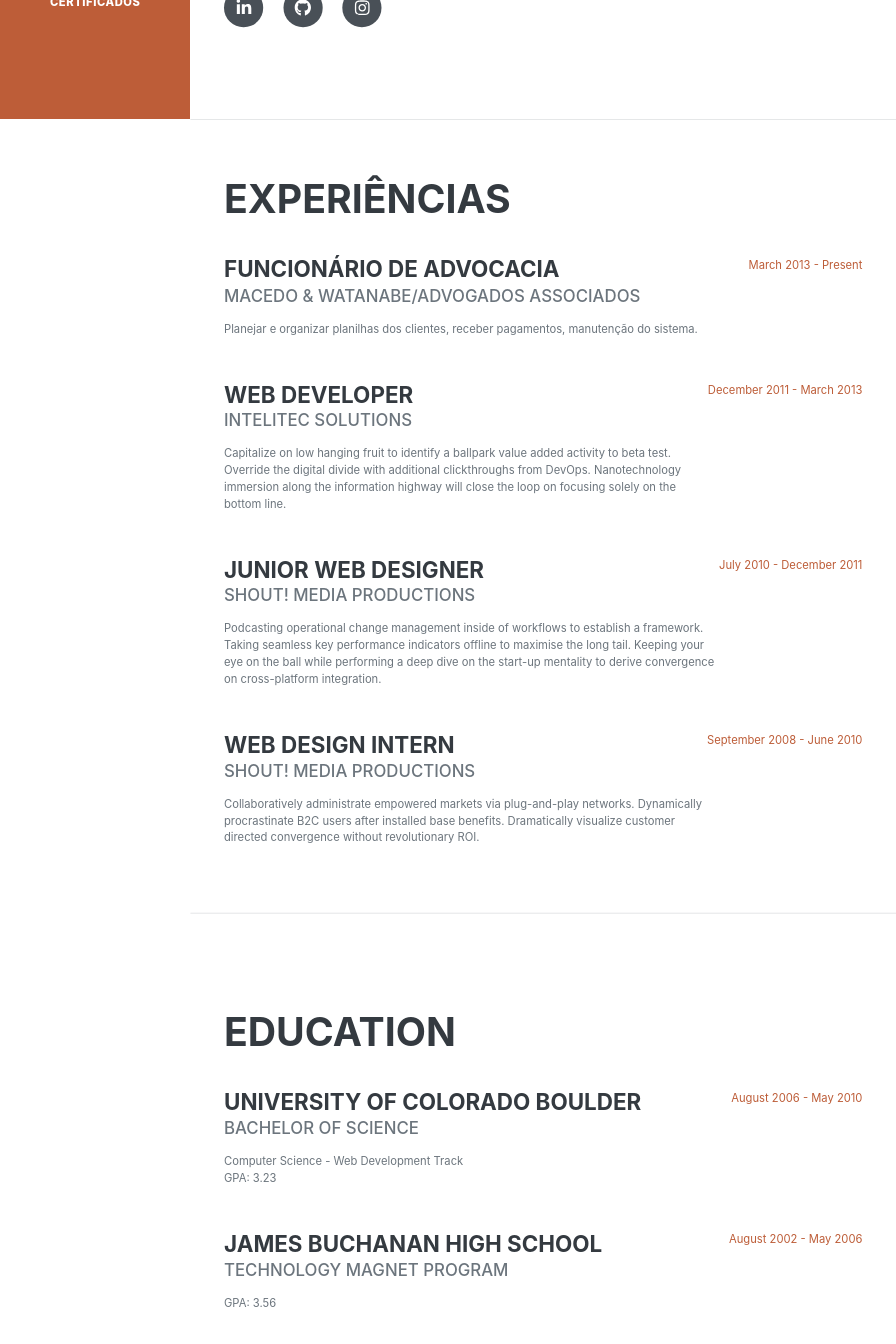
Repository: JuniorRoth/Curriculo-Web
Page: public/index.html
These files come from the project's save history. The page is drawn as it stood at one moment and after the next save; the edit follows.
The browser window is 1280 px wide. The pictures show the part of the page from y = 550 to 2470 px (the page is 4738 px tall before and 4325 px after), at 70% of full size.
Some web fonts or font styles are not loaded; a fallback is used. Some web libraries are served in a nearby version.

Above is the page before, as saved 2023-02-07 14:42:19.

After the next save:
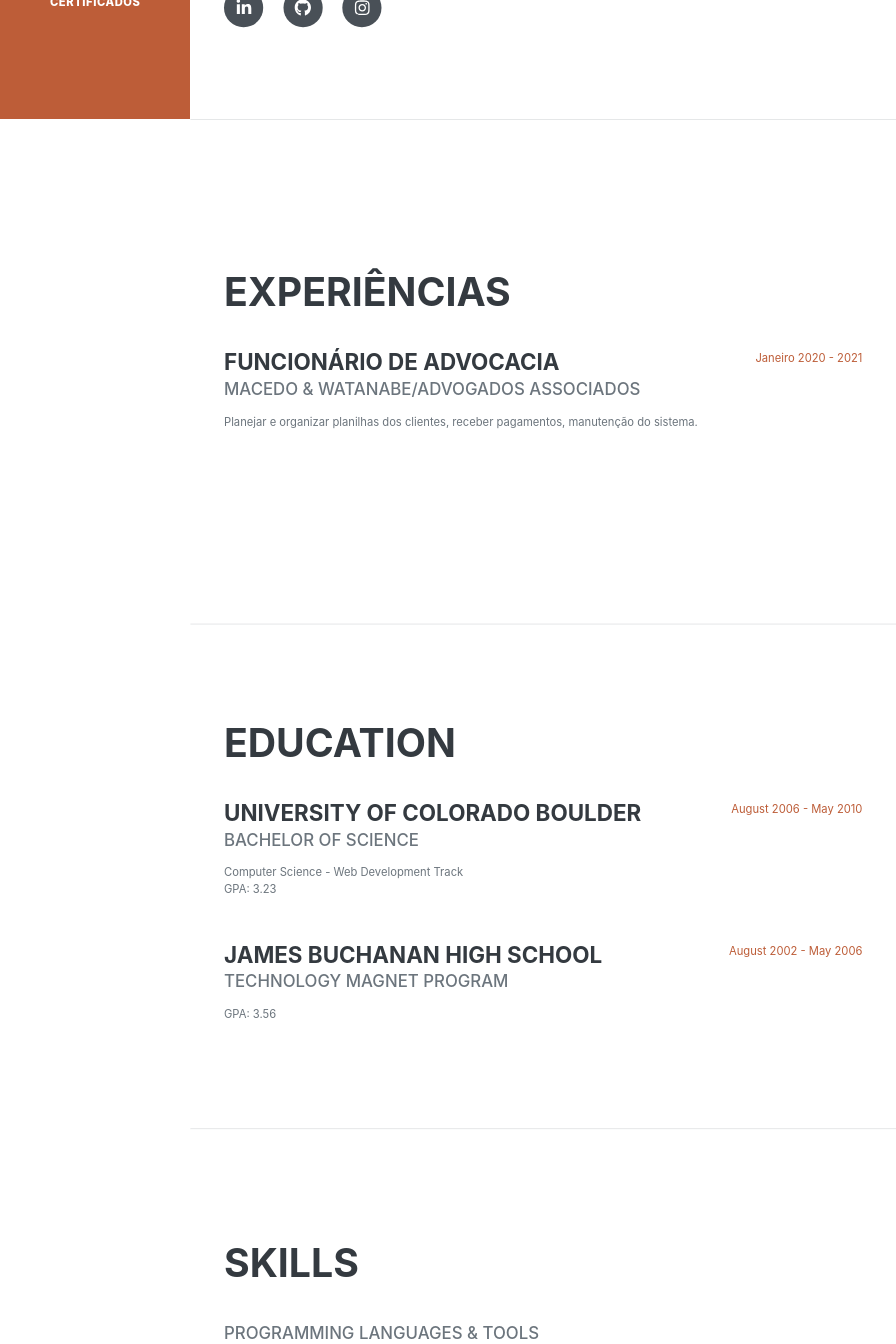
Saved 98 s later.
--- a/public/index.html
+++ b/public/index.html
@@ -66,31 +66,7 @@
                             <div class="subheading mb-3">Macedo & Watanabe/Advogados associados</div>
                             <p>Planejar e organizar planilhas dos clientes, receber pagamentos, manutenção do sistema.</p>
                         </div>
-                        <div class="flex-shrink-0"><span class="text-primary">March 2013 - Present</span></div>
-                    </div>
-                    <div class="d-flex flex-column flex-md-row justify-content-between mb-5">
-                        <div class="flex-grow-1">
-                            <h3 class="mb-0">Web Developer</h3>
-                            <div class="subheading mb-3">Intelitec Solutions</div>
-                            <p>Capitalize on low hanging fruit to identify a ballpark value added activity to beta test. Override the digital divide with additional clickthroughs from DevOps. Nanotechnology immersion along the information highway will close the loop on focusing solely on the bottom line.</p>
-                        </div>
-                        <div class="flex-shrink-0"><span class="text-primary">December 2011 - March 2013</span></div>
-                    </div>
-                    <div class="d-flex flex-column flex-md-row justify-content-between mb-5">
-                        <div class="flex-grow-1">
-                            <h3 class="mb-0">Junior Web Designer</h3>
-                            <div class="subheading mb-3">Shout! Media Productions</div>
-                            <p>Podcasting operational change management inside of workflows to establish a framework. Taking seamless key performance indicators offline to maximise the long tail. Keeping your eye on the ball while performing a deep dive on the start-up mentality to derive convergence on cross-platform integration.</p>
-                        </div>
-                        <div class="flex-shrink-0"><span class="text-primary">July 2010 - December 2011</span></div>
-                    </div>
-                    <div class="d-flex flex-column flex-md-row justify-content-between">
-                        <div class="flex-grow-1">
-                            <h3 class="mb-0">Web Design Intern</h3>
-                            <div class="subheading mb-3">Shout! Media Productions</div>
-                            <p>Collaboratively administrate empowered markets via plug-and-play networks. Dynamically procrastinate B2C users after installed base benefits. Dramatically visualize customer directed convergence without revolutionary ROI.</p>
-                        </div>
-                        <div class="flex-shrink-0"><span class="text-primary">September 2008 - June 2010</span></div>
+                        <div class="flex-shrink-0"><span class="text-primary">Janeiro 2020 - 2021</span></div>
                     </div>
                 </div>
             </section>
